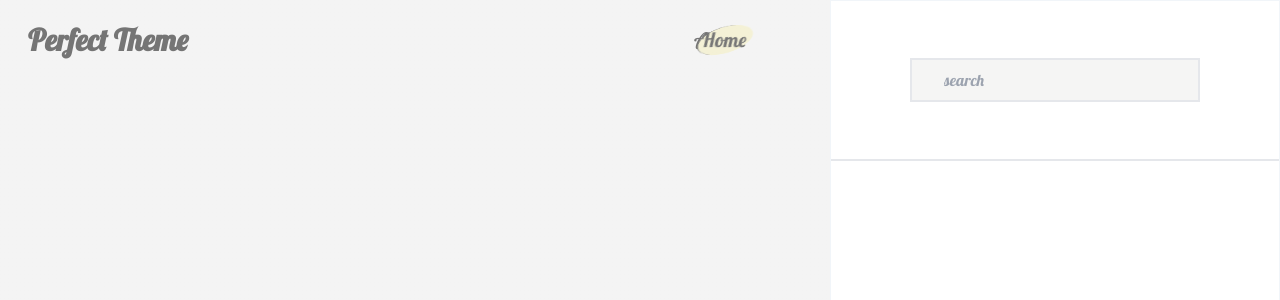
Repository: hsumyatm7308/laravel-blog
Page: blogweb/resources/views/blog/headerlayout.html
These files come from the project's save history. The page is drawn as it stood at one moment and after the next save; the edit follows.
The browser window is 1280 px wide. The pictures show the whole page.
Some web libraries are served in a nearby version.

Above is the page before, as saved 2023-09-04 17:22:08.

After the next save:
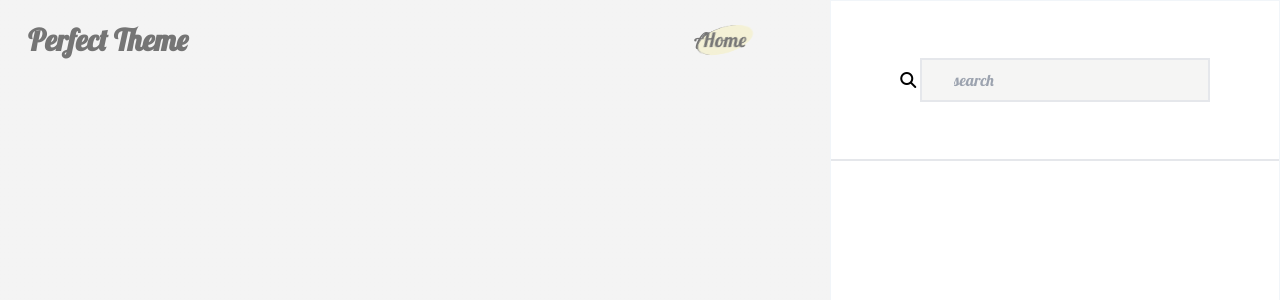
Saved 64 s later.
--- a/blogweb/resources/views/blog/headerlayout.html
+++ b/blogweb/resources/views/blog/headerlayout.html
@@ -123,7 +123,7 @@
 
             <div class="w-full h-40 border-b border-b-2 flex justify-center items-center">
                 <form action="" method="post">
-
+                    <i class="fa-solid fa-magnifying-glass"></i>
                     <input type="search" class="border-2 px-8 py-2 bg-stone-100" placeholder="search">
                 </form>
             </div>
